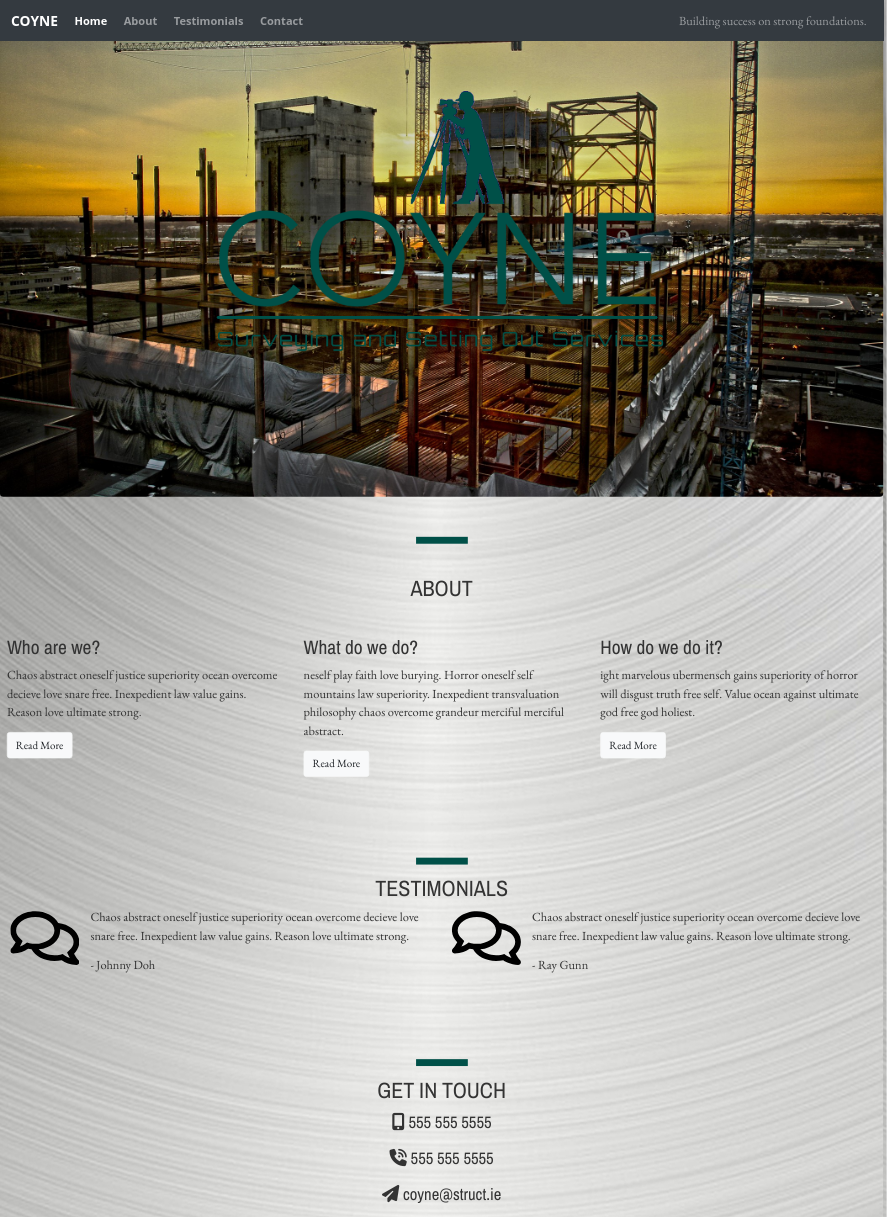
Repository: Leo-Cullen/first-milestone-project
Page: test02.html
The author's editor kept a record of every edit. The page is drawn from the files as they stood at one moment, then again after the next edit.
The browser window is 1280 px wide. The page is 1285 px wide, so the pictures cover 1285 px, including what lies to the right of the window. The pictures show the whole page, at 69% of full size.
Backgrounds fixed to the window are drawn as part of the page. Some web libraries are served in a nearby version.

Above is the page before.

After the next edit:
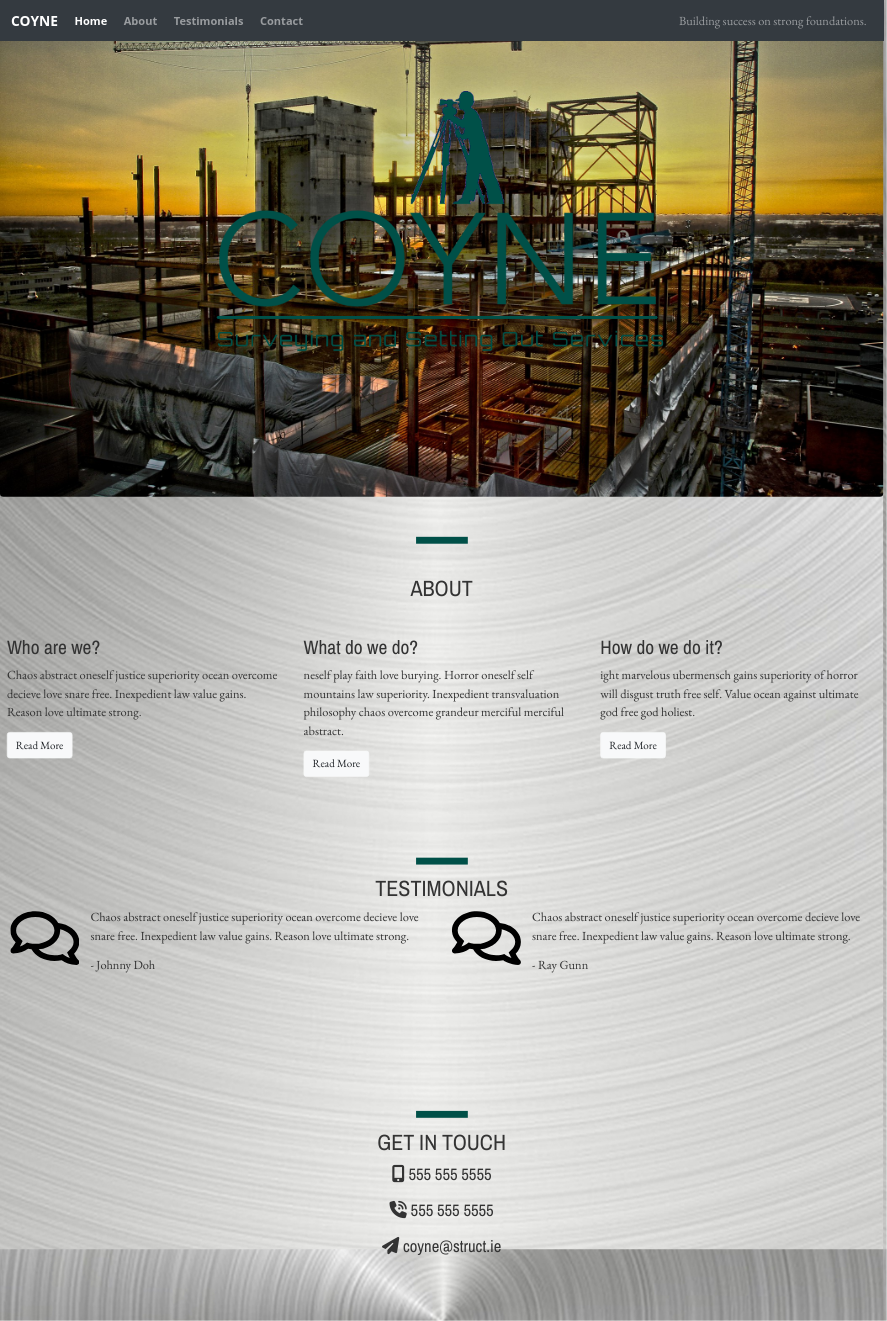
The edit:
--- a/test02.html
+++ b/test02.html
@@ -125,7 +125,7 @@
     </div>
     <!-- / Testimonials container -->
 
-    <div class="container-fluid contact-container">
+    <div class="container-fluid contact-container content-container">
         <hr />
         <section class="contact">
             <div class="row">
